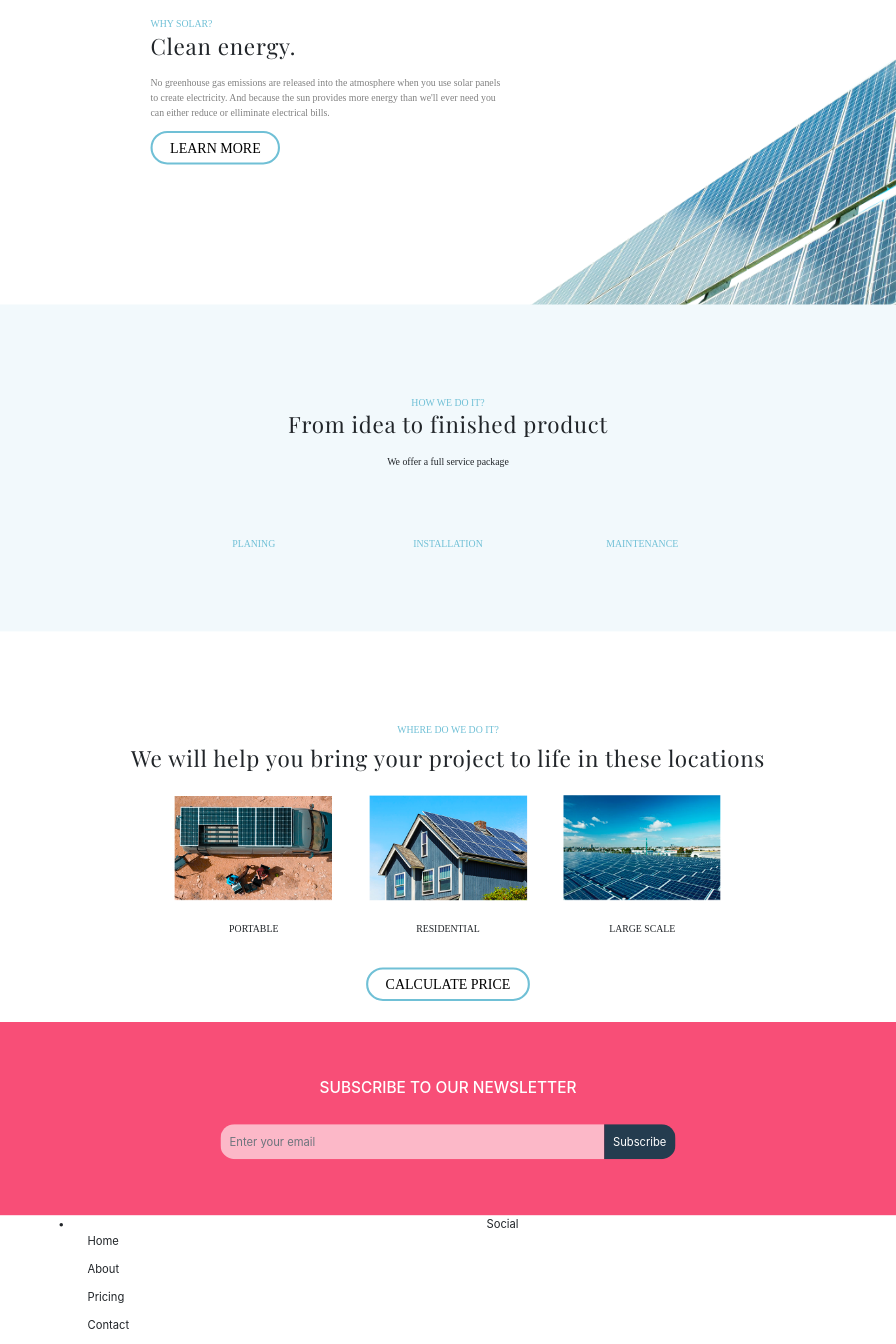
Repository: sabinemm/fabf
Page: index.html
The author's editor kept a record of every edit. The page is drawn from the files as they stood at one moment, then again after the next edit.
The browser window is 1280 px wide. The pictures show the part of the page from y = 700 to 2620 px (the page is 2620 px tall), at 70% of full size.
Backgrounds fixed to the window are drawn as part of the page. Some web fonts or font styles are not loaded; a fallback is used. Some web libraries are served in a nearby version.

Above is the page before.
Console error (its wording comes from the project's code and is left out).

### index.html
<!DOCTYPE html>
<html lang="en">

<head>
    <meta charset="UTF-8">
    <meta name="viewport" content="width=device-width, initial-scale=1.0">
    <meta http-equiv="X-UA-Compatible" content="ie=edge">
    <link rel="stylesheet" href="style.css" type="text/css" />
    <link rel="stylesheet" href="https://stackpath.bootstrapcdn.com/bootstrap/4.3.1/css/bootstrap.min.css" integrity="sha384-ggOyR0iXCbMQv3Xipma34MD+dH/1fQ784/j6cY/iJTQUOhcWr7x9JvoRxT2MZw1T" crossorigin="anonymous">
    <link rel="stylesheet" media="screen" href="https://fontlibrary.org/face/roundo" type="text/css" />
    <link rel="stylesheet" media="screen" href="https://fontlibrary.org/face/source-sans-pro" type="text/css" />
    <link href="https://fonts.googleapis.com/css?family=Playfair+Display&display=swap" rel="stylesheet">
    <script src="//maxcdn.bootstrapcdn.com/bootstrap/3.3.0/js/bootstrap.min.js"></script>
    <script src="//code.jquery.com/jquery-1.11.1.min.js"></script>

    <title>FOR A BETTER FUTURE</title>
</head>

<body>

    <!–-----– NAVBAR ------->

    <div class="container">
        <nav class="navbar navbar-fixed-top navbar-expand-lg navbar-light bg-light">
            <a class="navbar-brand" href="#">
          <img src="img/logo.svg" height="50px"alt="logo">
        </a>
            <button class="navbar-toggler" type="button" data-toggle="collapse" data-target="#navbarText" aria-controls="navbarText" aria-expanded="false" aria-label="Toggle navigation">
    <span class="navbar-toggler-icon"></span>
  </button>
            <div class="collapse navbar-collapse justify-content-center" id="navbarText">
                <ul class="navbar-nav mr-auto">
                    <li class="nav-item">
                        <a class="nav-link" href="#">About</a>
                    </li>
                    <li class="nav-item">
                        <a class="nav-link" href="#">Concept</a>
                    </li>
                    <li class="nav-item">
                        <a class="nav-link" href="#">Pricing</a>
                    </li>
                </ul>
                <span class="navbar-text">
          <button type="button" class="btn btn-blue-border">CONTACT</button>
    </span>
            </div>
        </nav>
    </div>

    <!–-----– FIRST SECTION ------->

    <section id="parallax">
        <div class="container">
            <div class="ltitle text-center">
                <p class="uppercase stitle">WELCOME TO A BETTER FUTURE</p>
                <h2> Where we can make your dreams <br> of sustainability become a reality </h2>
                <p class="tparagraph"> We can create your perfect off-grid sanctuary, power your summer home or help you <br> save on energy expenses in the long run</p>
                <button type="button" class="btn  btn-transp-white-border">GO SOLAR</button>
            </div>
        </div>
    </section>

    <!–-----– SECOND SECTION - WHY?------->

    <section id="clean">
        <div class="container container-fluid section-2">
            <div class="row">
                <div class="col col-md-6">
                    <p class="uppercase stitle stitle-blue">WHY SOLAR?</p>
                    <h2 class="ltitle ltitle2"> Clean energy.</h2>
                    <p class="tparagraph tparagraph2"> No greenhouse gas emissions are released into the atmosphere when you use solar panels to create electricity. And because the sun provides more energy than we'll ever need you can either reduce or elliminate electrical bills. </p>
                    <button type="button" class="btn btn-blue-border">LEARN MORE</button>

                </div>
            </div>

            <div class="container">
                <div class="col col-md-6 offset-md-6">
                    <img src="img/sidepanel.png" class="sidepanel"></img>
                </div>
            </div>
        </div>

    </section>

    <!–-----– THIRD SECTION - HOW? ------->

    <section id="idea">
        <div class="idea-title text-center">
            <p class="uppercase stitle stitle-blue">HOW WE DO IT?</p>
            <h2 class="ltitle ltitle2"> From idea to finished product</h2>
            <p class="tparagraph">We offer a full service package</p>

        </div>
        <div class="container container-fluid ">
            <div class="row m-auto text-center justify-content-center">
                <div class=" col-sm-3 col-md-3">
                    <div class="icons"><i class="fas fa-comments fa-2x"></i></div>
                    <p class="uppercase stitle stitle-blue stitlen">PLANING</p>
                </div>
                <div class="col-sm-3 col-md-3">
                    <div class="icon"><i class="fas fa-tools fa-2x"></i></div>
                    <p class="uppercase stitle stitle-blue stitlen">INSTALLATION</p>
                </div>
                <div class="col-sm-3 col-md-3">
                    <div class="icon"><i class="fas fa-sun fa-2x"></i></div>
                    <p class="uppercase stitle stitle-blue stitlen">MAINTENANCE</p>
                </div>
            </div>

        </div>

    </section>

    <!–-----– FOURTH SECTION - WHERE ------->

    <section id="where">
        <div class=" text-center">
            <p class="uppercase stitle stitle-blue">WHERE DO WE DO IT?</p>
            <h2 class="ltitle wheretitle">We will help you bring your project to life in these locations</h2>


        </div>
        <div class="container container-fluid ">
            <div class="row m-auto text-center justify-content-center">
                <div class=" col-sm-3 col-md-3">
                    <img class="whereimg" src="img/portable.png"></img>
                    <p class="uppercase stitle stitlen">PORTABLE</p>
                </div>
                <div class="col-sm-3 col-md-3">
                    <img class="whereimg" src="img/residential.png"></img>
                    <p class="uppercase stitle stitlen">RESIDENTIAL</p>
                </div>
                <div class="col-sm-3 col-md-3">
                    <img class="whereimg" src="img/large.png"></img>
                    <p class="uppercase stitle stitlen">LARGE SCALE</p>
                </div>
            </div>

        </div>

        <div class="container-fluid">
            <div class="row">
                <div class="col text-center">
                    <button type="button" class="btn btn-blue-border ">CALCULATE PRICE</button>
                </div>
            </div>
        </div>


    </section>

    <!–-----– FOOTER ------->

<section class="home-newsletter">
<div class="container">
<div class="row">
<div class="col-sm-12">
	<div class="single">
		<h2>Subscribe to our Newsletter</h2>
	<div class="input-group">
         <input type="email" class="form-control" placeholder="Enter your email">
         <span class="input-group-btn">
         <button class="btn btn-theme" type="submit">Subscribe</button>
         </span>
          </div>
	</div>
</div>
</div>
</div>
</section>

<section class="footer">
    <div class="container">
    <div class="row">
        <div class="col-sm-6">
         <li>
            <ul class="footer-item">Home</ul>
                        <ul class="footer-item">About</ul>
                        <ul class="footer-item">Pricing</ul>
                        <ul class="footer-item">Contact</ul>

         </li>
        </div>
        <div class="col-sm-6">
            <ul class="footer-item uppercase">Social</ul>
            </div>
        </div>
    </div>
</section>
</body>

</html>

### style.css

/*-------------------navbar------------------*/

.navbar {
    margin-top: 30px;
    margin-left: 30px;
    margin-right: 30px;

}

@media (max-width:536px) {
    .navbar {
        margin-top: 15px;
        margin-left: 10px;
        margin-right: 10px;
    }
}

/*-------------------Buttons------------------*/

.btn-transp-white-border,
.btn-transp-white-border:hover,
.btn-transp-white-border:active,
.btn-transp-white-border:visited,
.btn-transp-white-border:active:focus,
.btn-transp-white-border:focus {
    background-color: rgba(0, 0, 0, 0);
    border: solid 3px white !important;
    border-radius: 30px !important;
    color: white;
    text-align: center;
    text-decoration: none;
    display: inline-block;
    font-size: 20px !important;
    font-family: 'SourceSansProRegular';
    padding-left: 25px !important;
    padding-right: 25px !important;
}


.btn-transp-white-border:hover {
    background-color: rgba(255, 255, 255, 0.5);
    padding-left: 25px;
    padding-right: 25px;
}


.btn-blue-border,
.btn-blue-border:hover,
.btn-blue-border:active,
.btn-blue-border:visited,
.btn-blue-border:active:focus,
.btn-blue-border:focus {
    background-color: rgba(0, 0, 0, 0) !important;
    border: solid 3px rgb(112, 192, 214) !important;
    border-radius: 30px !important;
    color: black !important;
    text-align: center;
    text-decoration: none;
    display: inline-block;
    font-size: 20px !important;
    font-family: 'SourceSansProRegular';
    padding-left: 25px !important;
    padding-right: 25px!important;
}

.btn-blue-border:hover {
    background-color: rgba(112, 192, 214, 0.5) !important;
    padding-left: 25px;
    padding-right: 25px;
}


/*-------------------SECTION 1 PAGE 1------------------*/

#parallax {
    background: url(img/1page1section.jpg);
    background-attachment: fixed;
    background-position: bottom;
    background-repeat: no-repeat;
    background-size: cover;
    margin-top: -110px;
}

@media (max-width:536px) {
    #parallax {
        margin-top: -110px;
    }
}

.stitle {
    font-size: 14px;
    font-family: 'RoundoRegular';
    font-weight: 500;
    font-style: normal;
    margin-bottom: -5px;
}

.ltitle {
    padding-top: 200px;
    font-family: 'Playfair Display';
    letter-spacing: 1px;
    line-height: 30px;
    padding-bottom: 150px;
}

@media (max-width:768px) {
    .ltitle {
        padding-top: 150px;
        padding-bottom: 100px;
    }
}

.tparagraph {
    padding-top: 10px;
    font-family: 'SourceSansProRegular';
    font-weight: normal;
    font-style: normal;
    font-size: 14px;
    letter-spacing: 0;
}

@media (max-width:768px) {
    br {
        display: none !important;
        visibility: hidden;
    }
}

/*-------------------SECTION 2 PAGE 1------------------*/
#clean {
    padding-left: 0;
}
@media (min-width:768px) {
#clean {
    padding-left: 200px;
}
}


.stitle-blue {
    color:rgb(112, 192, 214);
    padding-top: 70px;

}

@media (min-width:768px) {
    .stitle-blue {
        padding-top: 130px;
    }
}

.ltitle2 {
padding-top: 10px;
padding-bottom: 10px;
}

.tparagraph2 {
    color: gray;

}

.section-2 {
  padding-bottom: 100px;
}

.sidepanel {
position:relative;
float: right;
height:400px;
margin-top: -150px;
margin-right: -45px;
z-index: -1;
}

/*-------------------SECTION 3 PAGE 1------------------*/

#idea {
    background-color: rgb(242, 249, 252);
     padding-bottom: 70px;
}

.idea-title {;
    padding-bottom: 50px;
    margin-top: 100px;
}

.stitlen {
    padding-top: 30px;
    padding-bottom: 50px;
}

/*-------------------SECTION 4 PAGE 1------------------*/

.whereimg {
    height: 150px;
}

.wheretitle {
    padding-top: 20px;
    padding-bottom: 30px;
}


#where {
    padding-bottom: 30px;
}

/*-------------------FOOTER------------------*/

.home-newsletter {
padding: 80px 0;
background: #f84e77;
}

.home-newsletter .single {
max-width: 650px;
margin: 0 auto;
text-align: center;
position: relative;
z-index: 2; }

.home-newsletter .single h2 {
font-size: 22px;
color: white;
text-transform: uppercase;
margin-bottom: 40px; }

.home-newsletter .single .form-control {
height: 50px;
background: rgba(255, 255, 255, 0.6);
border-color: transparent;
border-radius: 20px 0 0 20px; }

.home-newsletter .single .form-control:focus {
box-shadow: none;
border-color: #243c4f; }

.home-newsletter .single .btn {
min-height: 50px;
border-radius: 0 20px 20px 0;
background: #243c4f;
color: #fff;
}

After the next edit:
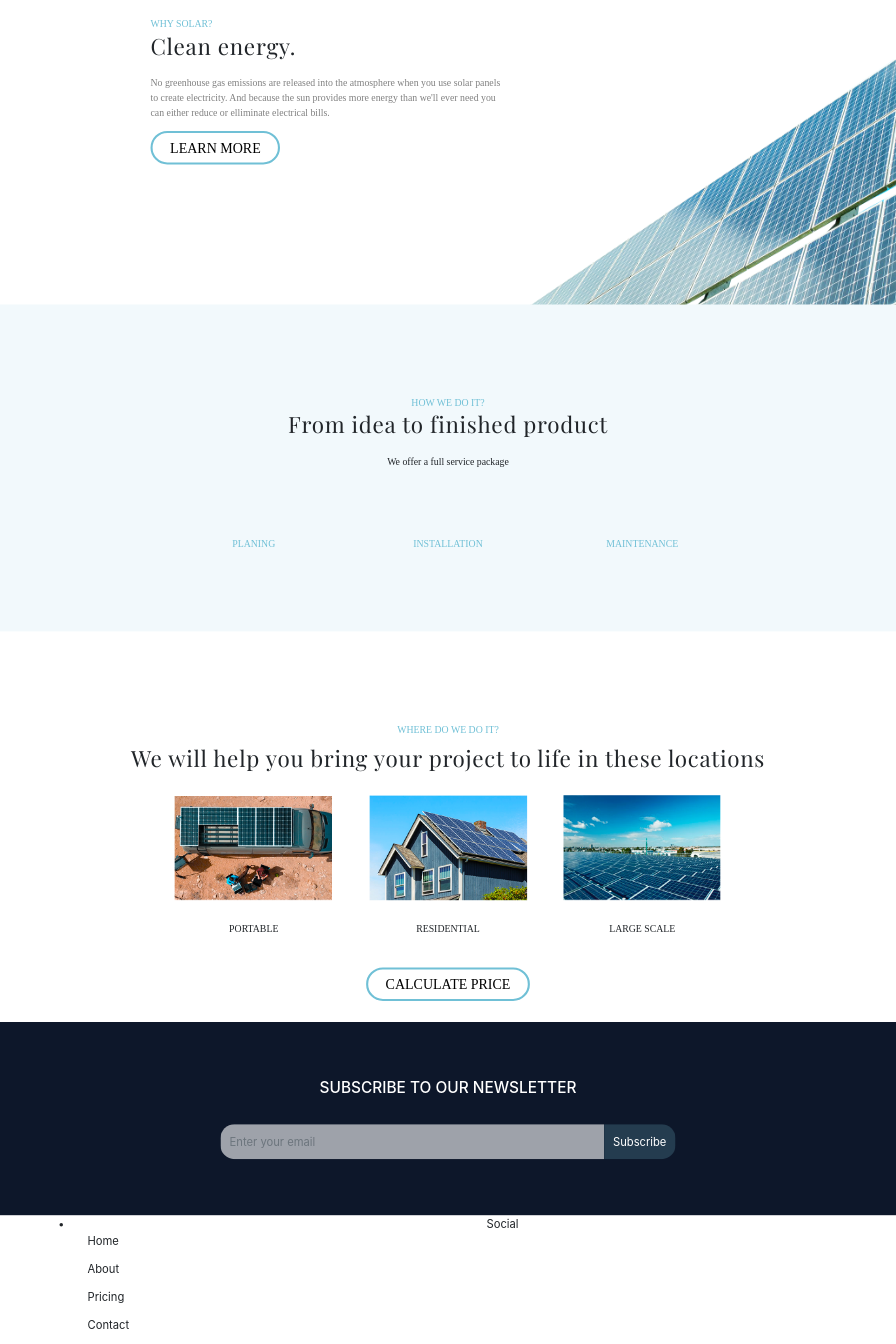
The edit:
--- a/style.css
+++ b/style.css
@@ -210,7 +210,7 @@
 
 .home-newsletter {
 padding: 80px 0;
-background: #f84e77;
+background: #0D172A;
 }
 
 .home-newsletter .single {
